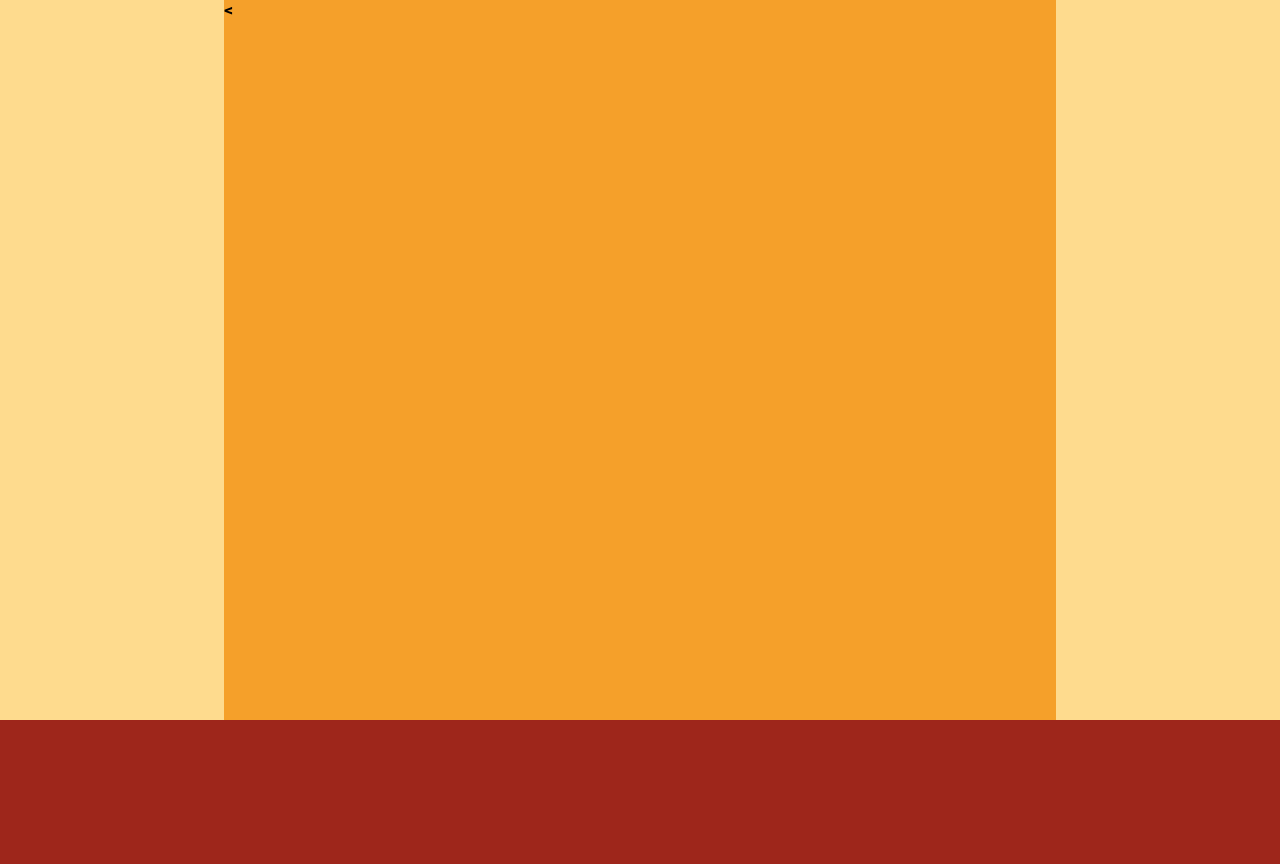
Repository: KevinYu0515/guanghui-food-website
Page: /
These files come from the project's save history. The page is drawn as it stood at one moment and after the next save; the edit follows.
The browser window is 1280 px wide. The pictures show the whole page.
The project was rebuilt for these pictures with package versions that can differ from the ones it lists, and the page was loaded fresh each time. Also part of the build but not shown: vue.config.js.

Above is the page before, as saved 2022-03-17 14:58:28.

After the next save:
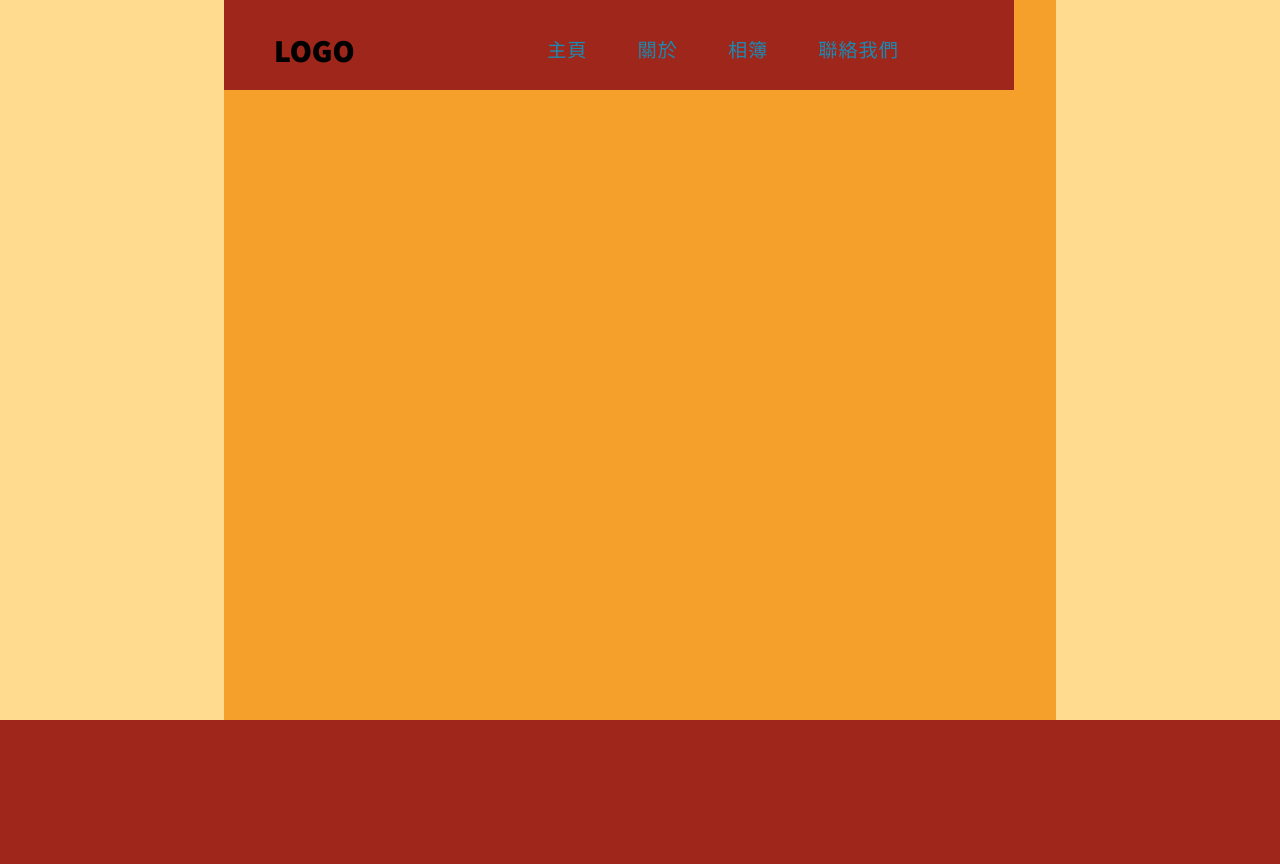
Saved 5 s later.
--- a/src/views/Home.vue
+++ b/src/views/Home.vue
@@ -1,6 +1,6 @@
 <template>
   <div class='home'>
-    <
+    <Navbar></Navbar>
   </div>
 </template>
 
